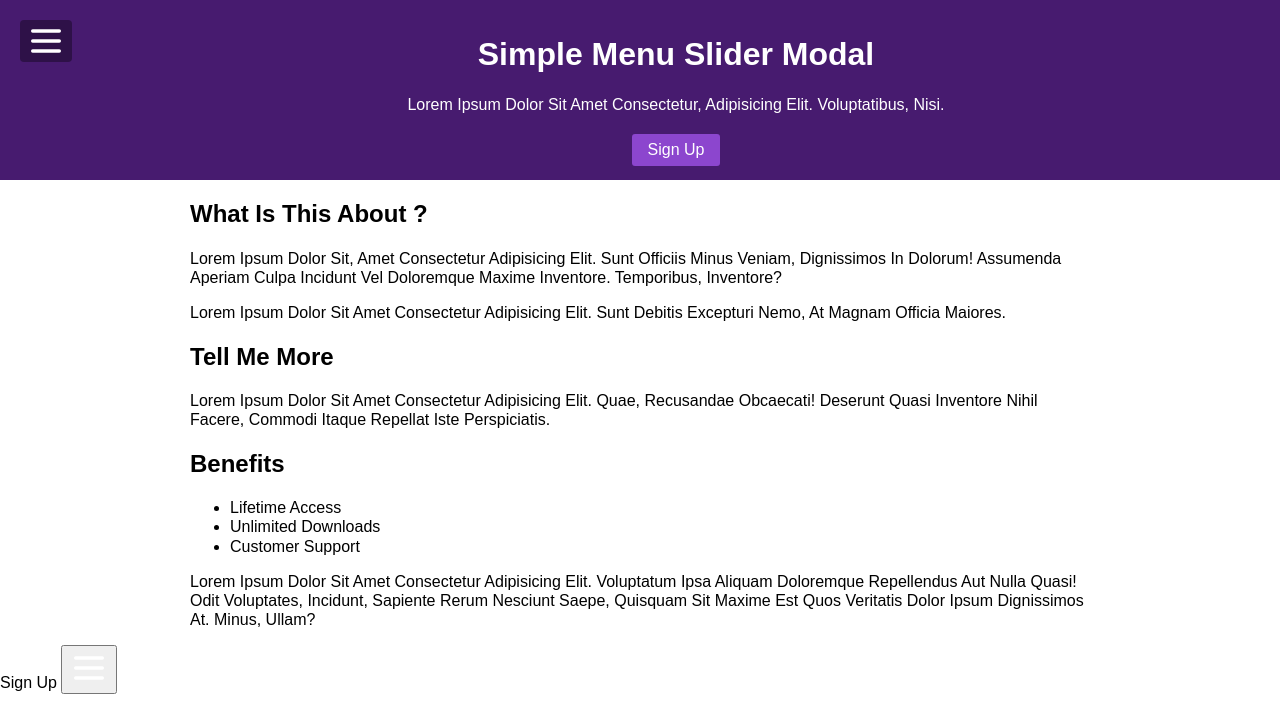
Repository: lilo750/Menu-Slider-modal
Page: index.html
These files come from the project's save history. The page is drawn as it stood at one moment and after the next save; the edit follows.
The browser window is 1280 px wide. The pictures show the whole page.

Above is the page before, as saved 2024-01-14 16:50:14.

After the next save:
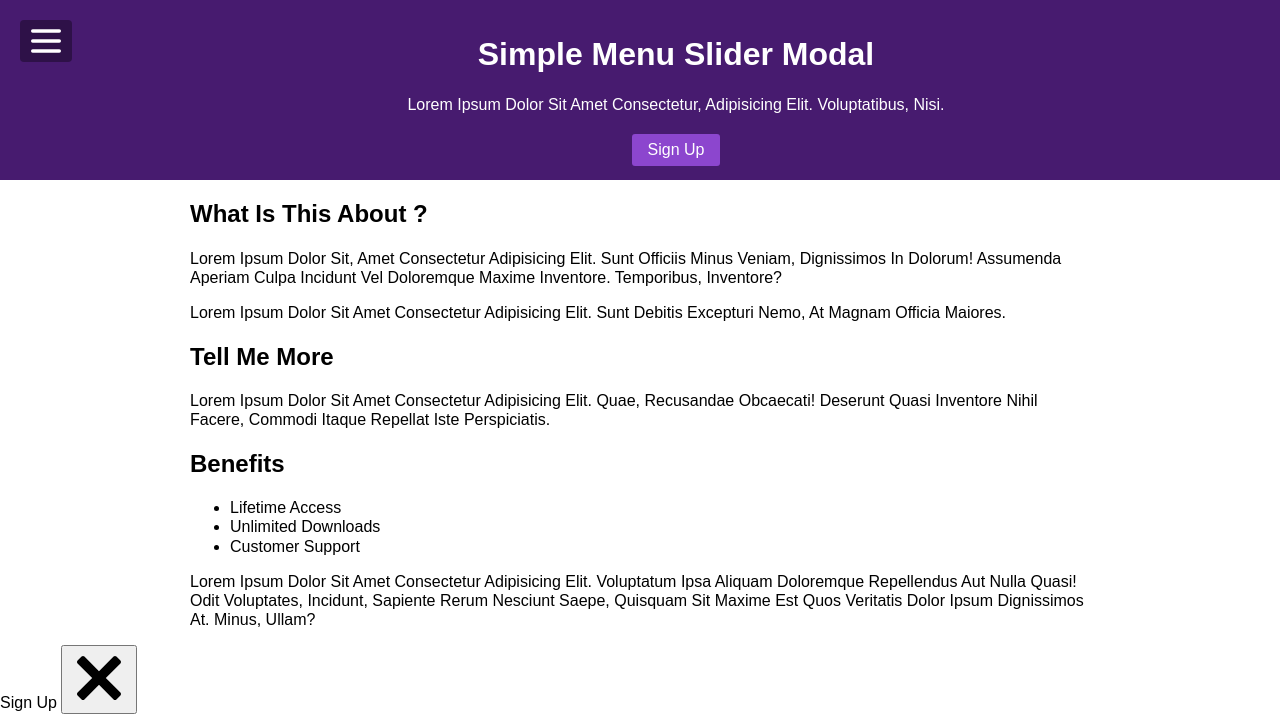
Saved 13 h 29 min later.
--- a/index.html
+++ b/index.html
@@ -83,7 +83,7 @@
                 <span>Sign Up</span>
                 <button id="close-btn">
                     <img
-                        src="assets/visuals/burger-menu-svgrepo-com.svg"
+                        src="assets/visuals/close-icon.svg"
                         alt="burger icon"
                     />
                 </button>
